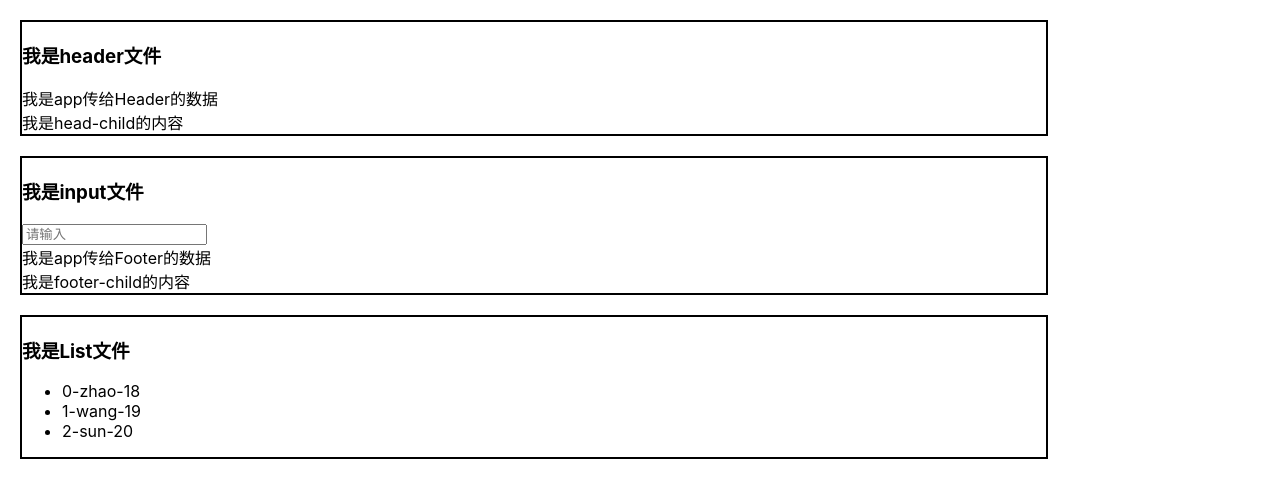
Repository: gy2986589/react-demo
Page: /
An editor plug-in stored every save of this project. The page is shown before and after a run of saves, followed by the edit.
The browser window is 1280 px wide. The pictures show the whole page.
The project was rebuilt for these pictures with package versions that can differ from the ones it lists, and the page was loaded fresh each time. Also part of the build but not shown: src/components/Like/Like.jsx.

Above is the page before, as saved 2020-07-02 22:30:08.

### public/index.html
<!DOCTYPE html>
<html lang="en">
  <head>
    <meta charset="utf-8" />
    <link rel="icon" href="%PUBLIC_URL%/favicon.ico" />
    <meta name="viewport" content="width=device-width, initial-scale=1" />
    <meta name="theme-color" content="#000000" />
    <meta
      name="description"
      content="Web site created using create-react-app"
    />
    <link rel="apple-touch-icon" href="%PUBLIC_URL%/logo192.png" />
    <!--
      manifest.json provides metadata used when your web app is installed on a
      user's mobile device or desktop. See https://developers.google.com/web/fundamentals/web-app-manifest/
    -->
    <link rel="manifest" href="%PUBLIC_URL%/manifest.json" />
    <!--
      Notice the use of %PUBLIC_URL% in the tags above.
      It will be replaced with the URL of the `public` folder during the build.
      Only files inside the `public` folder can be referenced from the HTML.

      Unlike "/favicon.ico" or "favicon.ico", "%PUBLIC_URL%/favicon.ico" will
      work correctly both with client-side routing and a non-root public URL.
      Learn how to configure a non-root public URL by running `npm run build`.
    -->
    <title>One React App</title>
  </head>
  <body>
    <noscript>You need to enable JavaScript to run this app.</noscript>
    <div id="root"></div>
    <!--
      This HTML file is a template.
      If you open it directly in the browser, you will see an empty page.

      You can add webfonts, meta tags, or analytics to this file.
      The build step will place the bundled scripts into the <body> tag.

      To begin the development, run `npm start` or `yarn start`.
      To create a production bundle, use `npm run build` or `yarn build`.
    -->
  </body>
</html>

### src/index.js
import React from 'react';
import ReactDOM from 'react-dom';
import './index.css';
import App from './App';
import * as serviceWorker from './serviceWorker';

ReactDOM.render(
    <React.StrictMode>
        <App/>
    </React.StrictMode>,
    document.getElementById('root')
);

// If you want your app to work offline and load faster, you can change
// unregister() to register() below. Note this comes with some pitfalls.
// Learn more about service workers: https://bit.ly/CRA-PWA
serviceWorker.unregister();

### src/App.js
import React from 'react';
import './App.css';
import {
    TodoHeader,
    TodoInput,
    TodoList
} from "./components/index";


function App() {
    const state = {
        headerData: "我是app传给Header的数据",
        footerData: "我是app传给Footer的数据"
    }

    return (
        <div className="App">
            <TodoHeader title={state.headerData}>
                我是head-child的内容
            </TodoHeader>
            <TodoInput btnTxt={state.footerData}>
                我是footer-child的内容
            </TodoInput>
            <TodoList></TodoList>
        </div>
    );
}

export default App;

### src/components/index.js
//1、引入方式一：
// import TodoHeader from "./TodoHeader/TodoHeader";
// import TodoInput from "./TodoInput/TodoInput"
// import TodoList from "./TodoList/TodoList"
// export {
//     TodoHeader,
//     TodoInput,
//     TodoInput
// }



//2、引入方式二：
export {default as TodoHeader} from "./TodoHeader/TodoHeader";
export {default as TodoInput} from "./TodoInput/TodoInput";
export {default as TodoList} from "./TodoList/TodoList";
export {default as Like} from "./Like/Like";

### src/components/TodoHeader/TodoHeader.js
import React, { Component } from 'react'


class TodoHeader extends Component {
    // style = {
    //     border: "2px solid #000",
    //     margin: "20px 20px",
    //     width: "80%"
    // }
    //另一种管理数据方法 只有extends Component 式组件有 函数式没有
    constructor(){
        super();
        this.style = {
            border: "2px solid #000",
            margin: "20px 20px",
            width: "80%",
            data:[
                {
                    id:0,
                    name:'zhao',
                    age:18
                },
                {
                    id:1,
                    name:'wang',
                    age:19
                },
                {
                    id:2,
                    name:'sun',
                    age:20
                },

            ]

        }
    }
    render() {
        // console.log(this.style.data)
        return (
            <div style={{ width: this.style.width, border: this.style.border, margin: this.style.margin }}>
                <h3>我是header文件</h3>
                {this.props.title ? this.props.title:'hahaha'}
                <br/>
                {this.props.children}
            </div>
        )
    }
}


export default TodoHeader

### src/components/TodoInput/TodoInput.js
import React, { Component } from 'react';

class TodoInput extends Component {
    style = {
        border: "2px solid #000",
        margin: "20px 20px",
        width: "80%"
    }
    render() {
        return (
            <div style={{ width: this.style.width, border: this.style.border, margin: this.style.margin }}>
                <h3>我是input文件</h3>
                <input type="text" placeholder="请输入" />
                <br/>
                {this.props.btnTxt}
                <br/>
                {this.props.children}
            </div>
        );
    }
}

export default TodoInput;

### src/components/TodoList/TodoList.js
import React, { Component } from 'react';
import TodoItem from './TodoItem'


class TodoList extends Component {
    style = {
        border: "2px solid #000",
        margin: "20px 20px",
        width: "80%"
    }
    data=[
        {
            id: 0,
            name: 'zhao',
            age: 18
        },
        {
            id: 1,
            name: 'wang',
            age: 19
        },
        {
            id: 2,
            name: 'sun',
            age: 20
        },

    ]

    render() {
        return (
            <div style={{ width: this.style.width, border: this.style.border, margin: this.style.margin }}>
                <h3>我是List文件</h3>
                <ul>
                    <TodoItem data={[...this.data]} />
                </ul>
            </div>
        );
    }
}

export default TodoList;

### src/components/TodoList/TodoItem.js
// import React from 'react';
//
// const TodoItem = (props) => {
//     return (
//         <div>
//             <li>我是item</li>
//             <li>我是item</li>
//             <li>我是item</li>
//             <li>我是item</li>
//             <li>我是item</li>
//         </div>
//     );
// };
//
// export default TodoItem;
import React, {Component} from 'react';

class TodoItem extends Component {
    render() {
        return (
            <div>
                {
                    this.props.data.map(item=>{
                        return (
                            <li key={item.id}>{item.id}-{item.name}-{item.age}</li>
                        )
                    })
                }
            </div>
        );
    }
}

export default TodoItem;

Loaded but not shown: src/index.css (common file); src/serviceWorker.js (common file); src/App.css (common file)

After the next 2 saves:
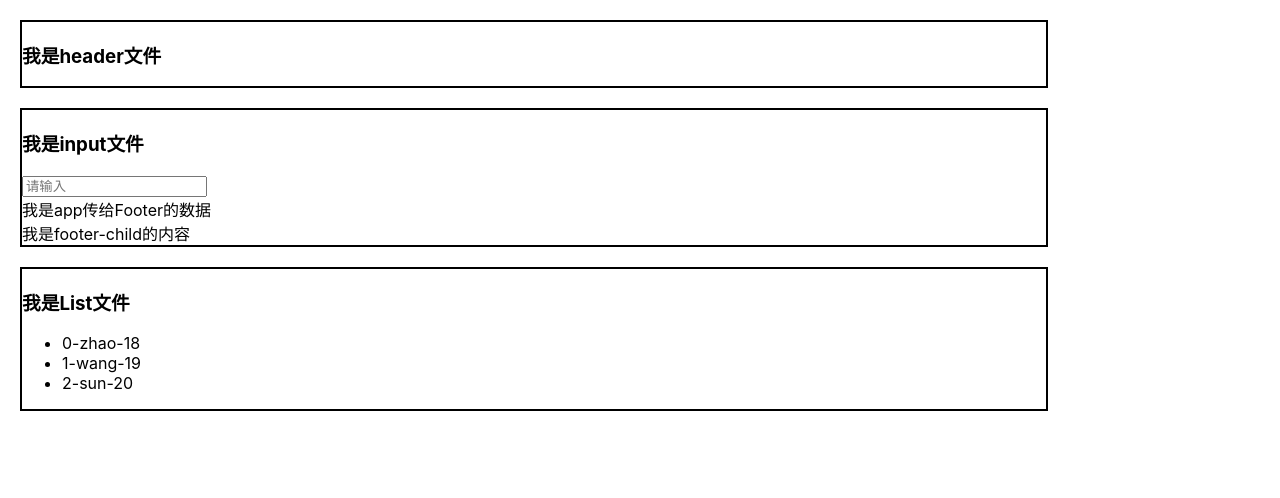
The 2 saves are shown as one change because they came seconds apart.
The last was saved 12 s later.
--- a/src/components/TodoHeader/TodoHeader.js
+++ b/src/components/TodoHeader/TodoHeader.js
@@ -40,9 +40,10 @@ class TodoHeader extends Component {
         return (
             <div style={{ width: this.style.width, border: this.style.border, margin: this.style.margin }}>
                 <h3>我是header文件</h3>
-                {this.props.title ? this.props.title:'hahaha'}
+
+                {/* {this.props.title ? this.props.title:'hahaha'}
                 <br/>
-                {this.props.children}
+                {this.props.children} */}
             </div>
         )
     }
